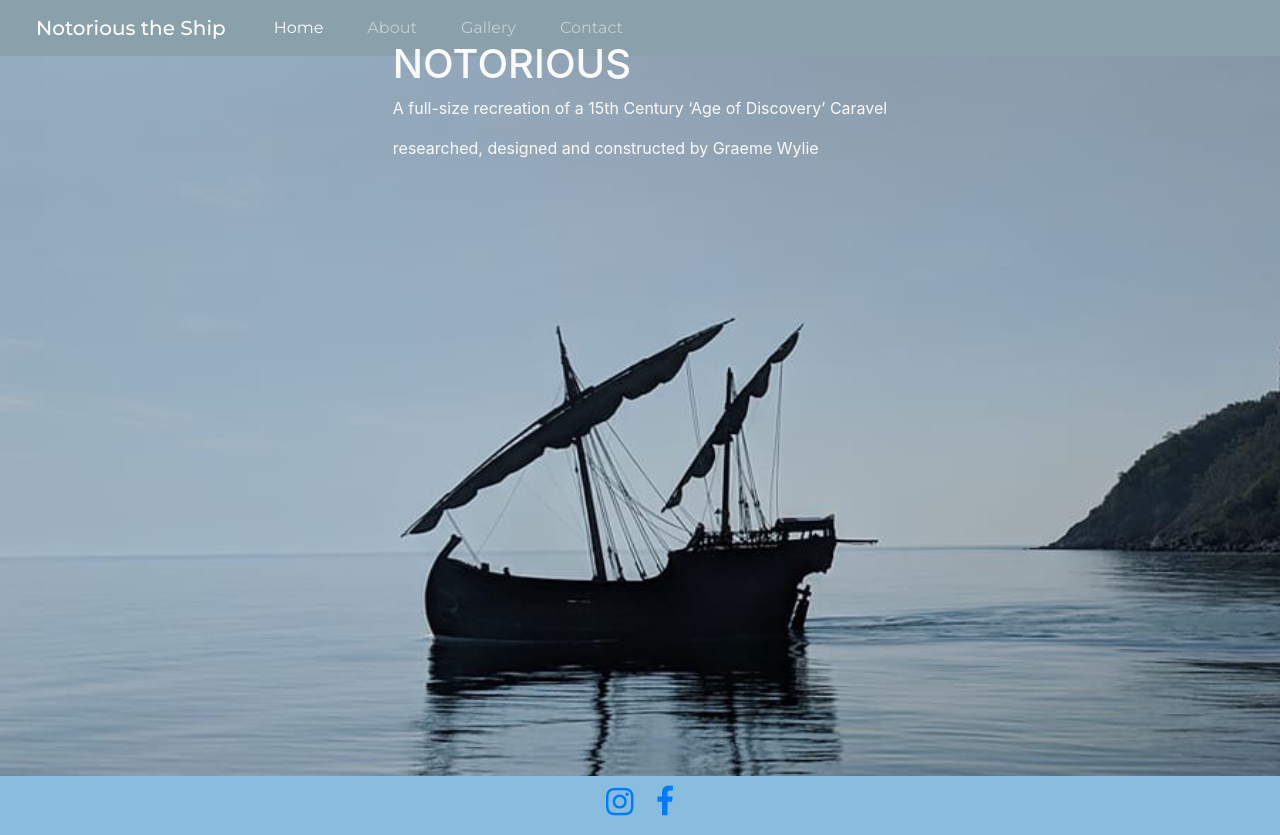
Repository: TSRose/NotorioustheShip
Page: index.html
The author's editor kept a record of every edit. The page is drawn from the files as they stood at one moment, then again after the next edit.
The browser window is 1280 px wide. The pictures show the whole page.
Backgrounds fixed to the window are drawn as part of the page.

Above is the page before.

After the next edit:
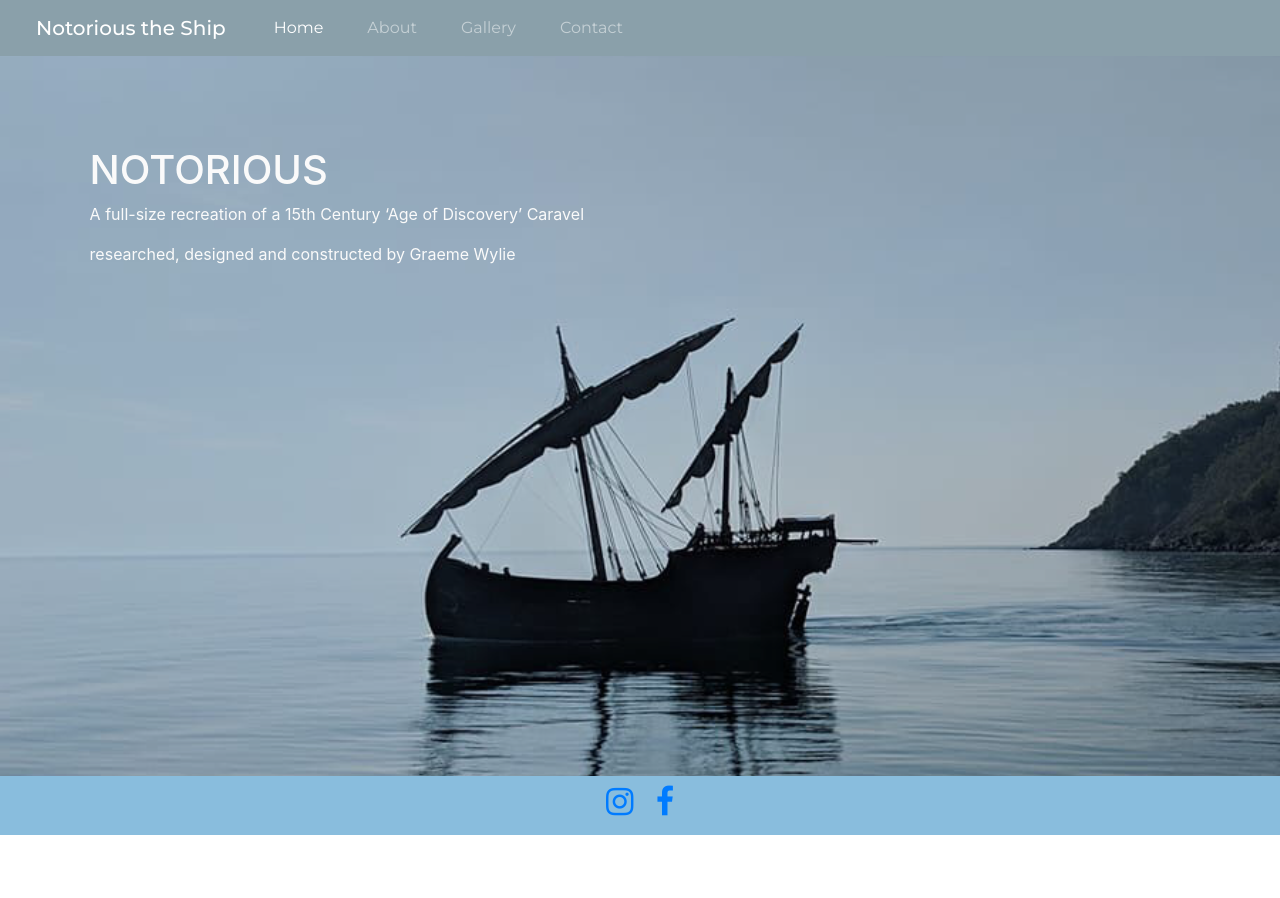
The edit:
--- a/index.html
+++ b/index.html
@@ -30,7 +30,7 @@
     <!---------------------------landing page----->
 
     <div class="container-fluid landing-container">
-        <div class="landing">
+        <div class="landing absolute">
             <div class="row">
                 <div class="col-12">
                     <div class="jumbotron-landing jumbotron">
